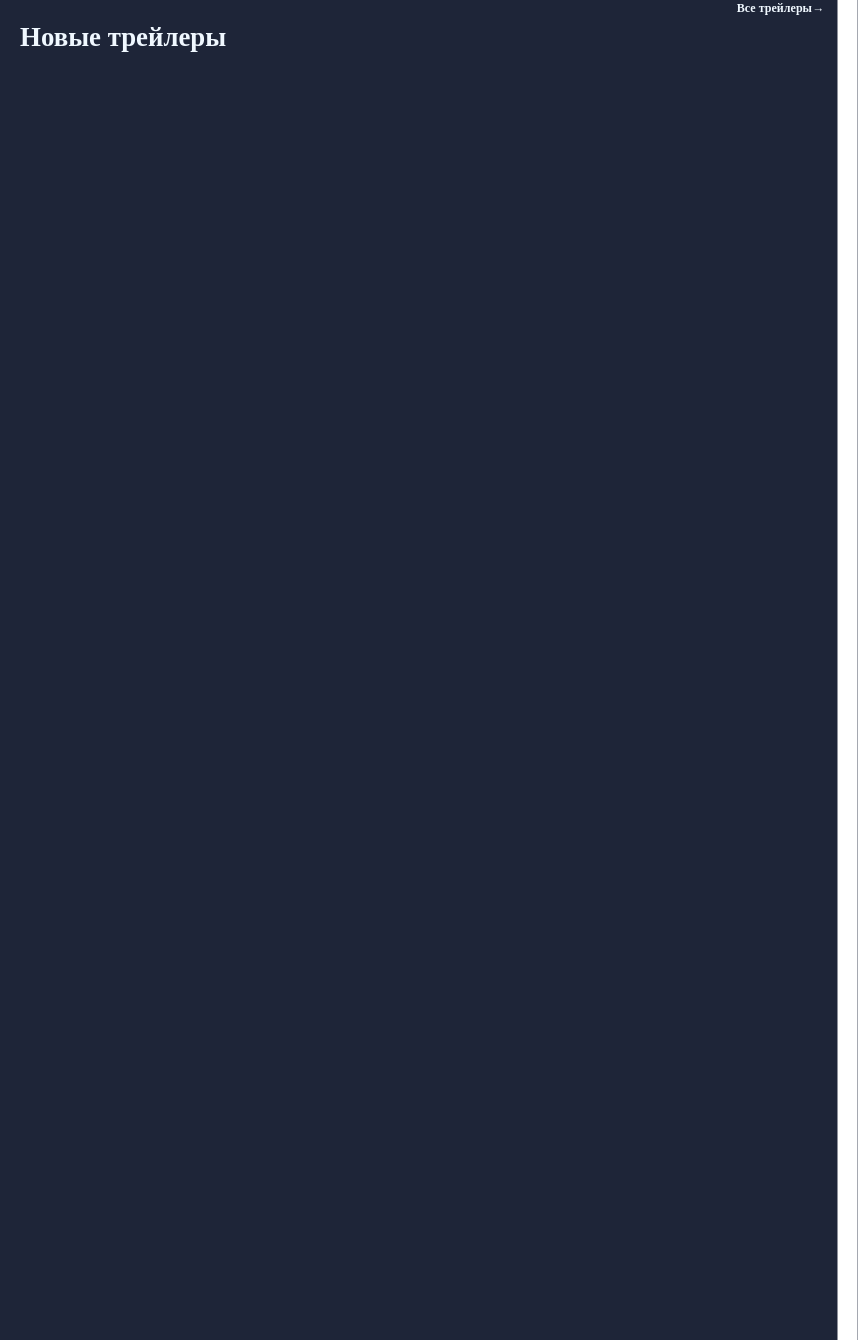
Repository: KHANas02/code
Page: index.html
These files come from the project's save history. The page is drawn as it stood at one moment and after the next save; the edit follows.
The browser window is 1280 px wide. The pictures show the whole page, at 67% of full size.

Above is the page before, as saved 2024-03-14 13:39:43.

### index.html
<!DOCTYPE html>
<html lang="en">
<head>
    <meta charset="UTF-8">
    <meta name="viewport" content="width=device-width, initial-scale=1.0">
    <title>Document</title>
    <link rel="stylesheet" href="./style.css">
</head>
<body>
        <div class="divONE">
      <b><h1 class="text1">Новые трейлеры</h1></b>
      <b><h1 class="text2">Все трейлеры→</h1></b>
      <div class="divI">










</body>
</html>

### style.css
* {
  padding: 0;
  margin: 0;
  box-sizing: border-box;
}
h1:hover {
  transform: scale(1.1);
}
.divONE {
  width: 1250px;
  height: 2000px;
  background-color: #1e2538;
}
h1 {
  color: aliceblue;
}
b .text1 {
  font-family: Qanelas;
  font-size: 40px;
  font-weight: 900;
  line-height: 51px;
  letter-spacing: 0em;
  text-align: left;
  position: relative;
  top: 30px;
  left: 30px;
}
b .text2 {
  position: relative;
  bottom: 50px;
  right: 20px;

  font-size: 18px;
  font-weight: 700;
  line-height: 22px;
  letter-spacing: 0em;
  text-align: end;
  margin-bottom: 100px;
}

After the next save:
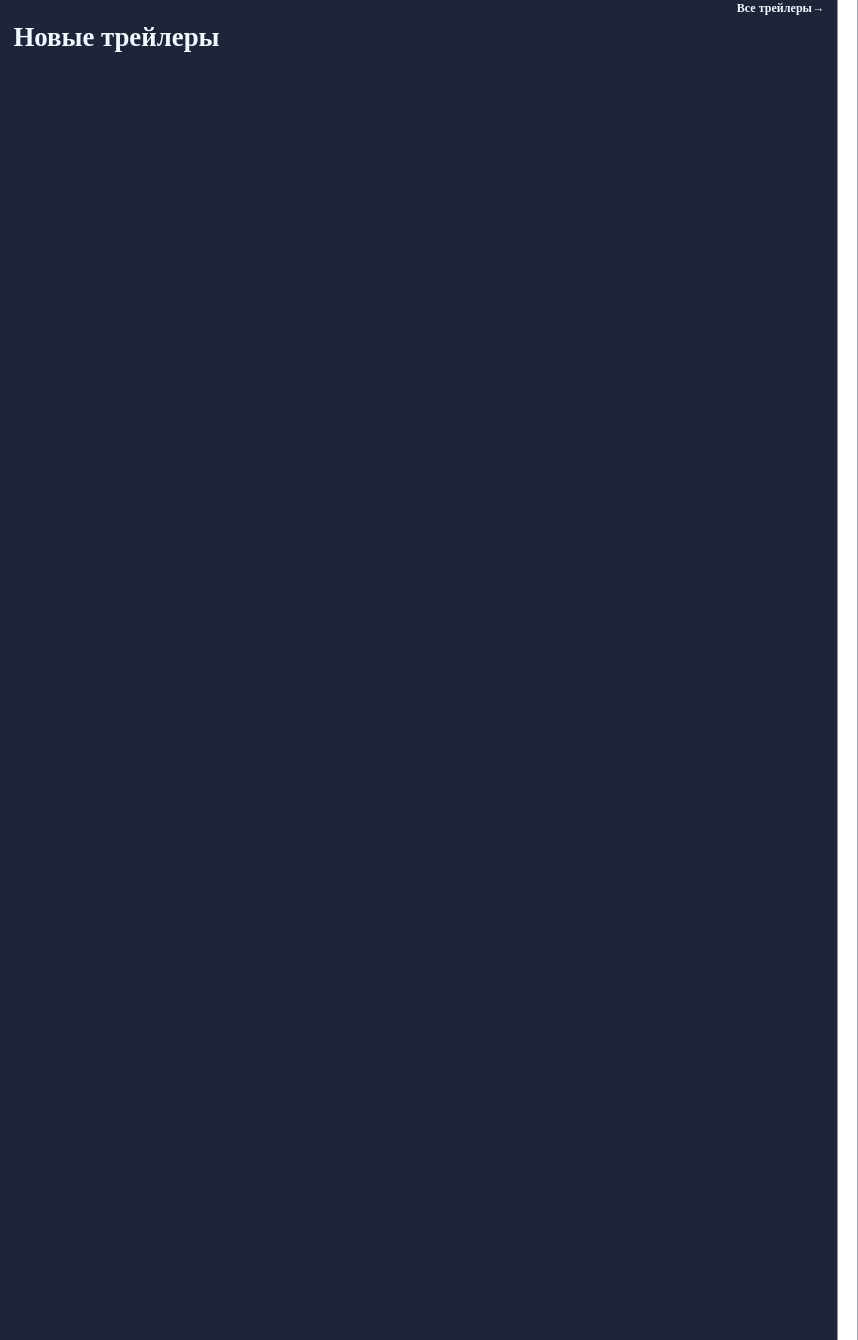
Saved 11 s later.
--- a/style.css
+++ b/style.css
@@ -23,7 +23,7 @@ b .text1 {
   text-align: left;
   position: relative;
   top: 30px;
-  left: 30px;
+  left: 20px;
 }
 b .text2 {
   position: relative;
